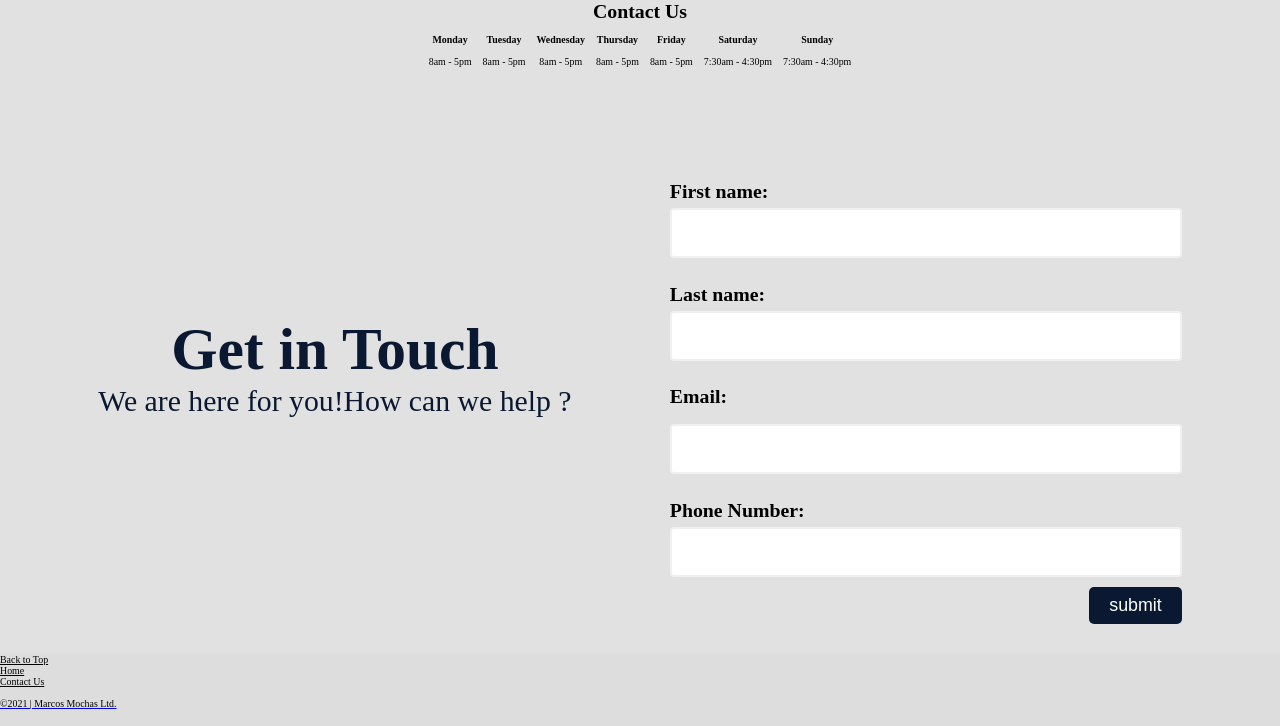
Repository: CAMPSLOPY/marcos-mochas
Page: HTML/contact.html
These files come from the project's save history. The page is drawn as it stood at one moment and after the next save; the edit follows.
The browser window is 1280 px wide. The pictures show the whole page.

Above is the page before, as saved 2021-07-02 19:20:16.

After the next save:
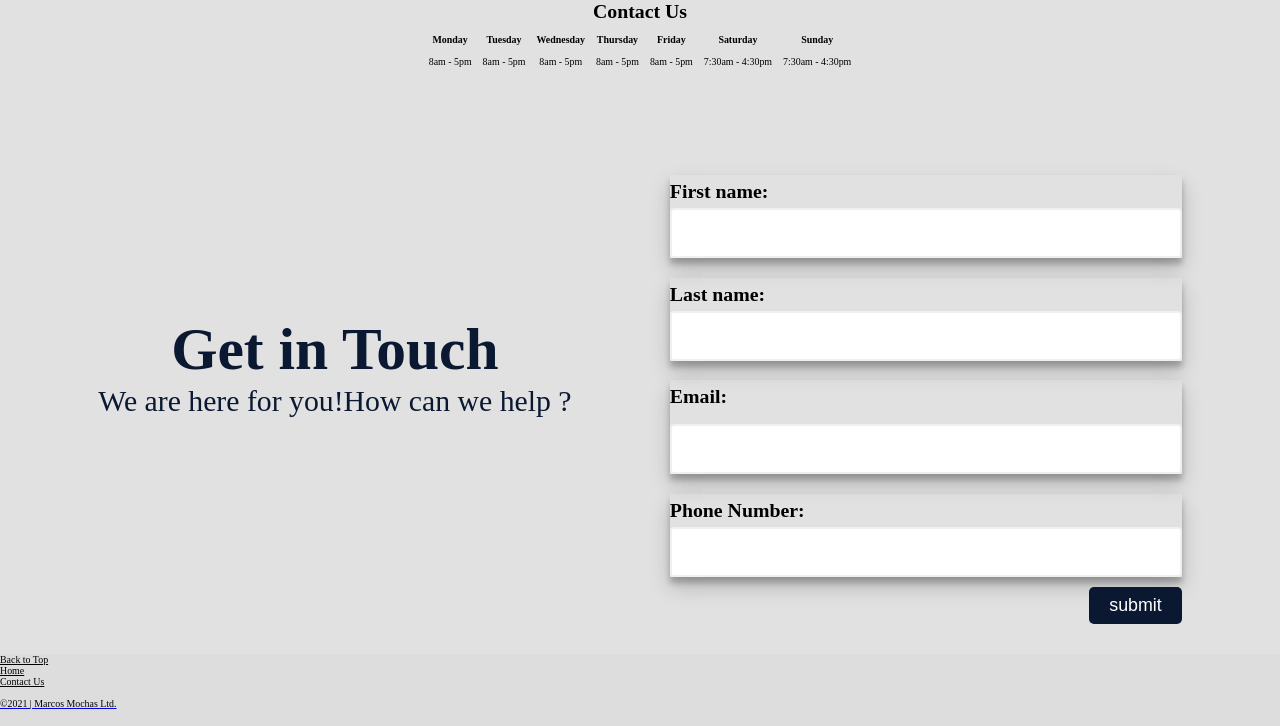
Saved 26 s later.
--- a/CSS/contact.css
+++ b/CSS/contact.css
@@ -60,6 +60,7 @@
     margin-top: 2rem;
     position: relative;
     height: 100%;
+    box-shadow: 0 10px 20px rgba(0,0,0,0.19), 0 6px 6px rgba(0,0,0,0.23);
 }
 
 .form-control label{

After the 2 saves that followed:
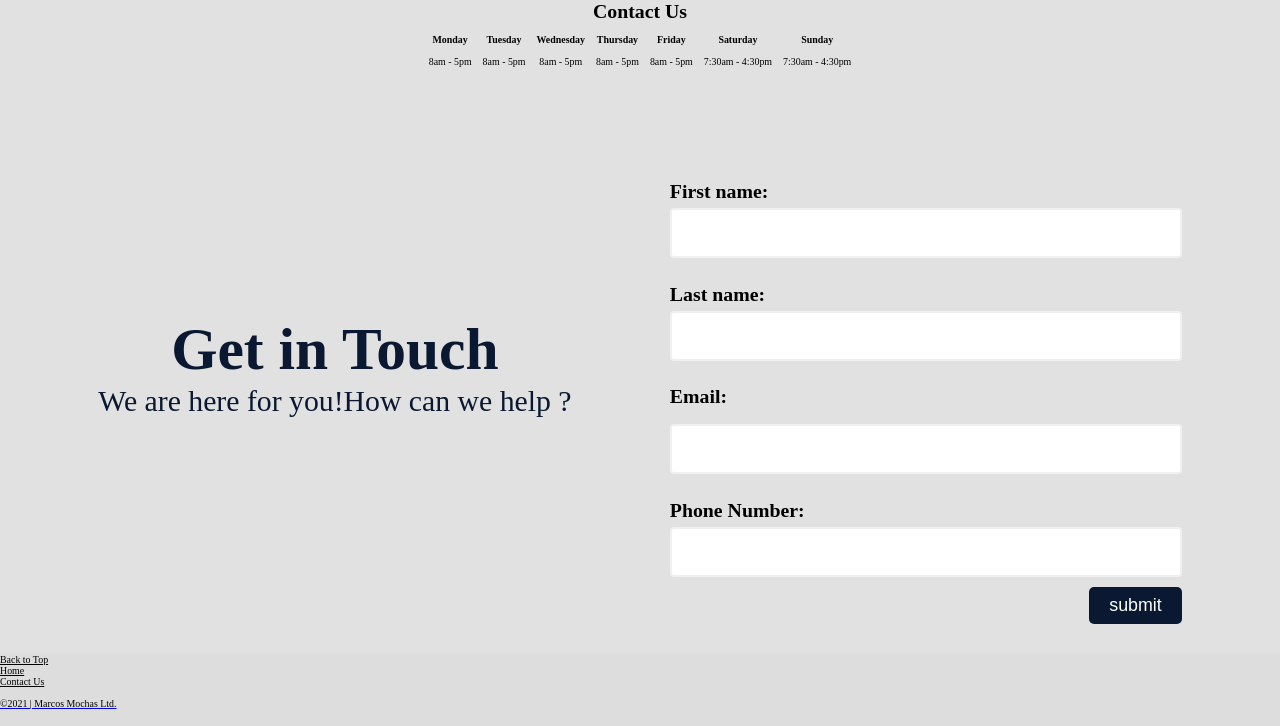
The 2 saves are shown as one change because 1 left the picture as it was.
The last was saved 16 s later.
--- a/CSS/contact.css
+++ b/CSS/contact.css
@@ -59,8 +59,7 @@
 .form-control{
     margin-top: 2rem;
     position: relative;
-    height: 100%;
-    box-shadow: 0 10px 20px rgba(0,0,0,0.19), 0 6px 6px rgba(0,0,0,0.23);
+
 }
 
 .form-control label{
